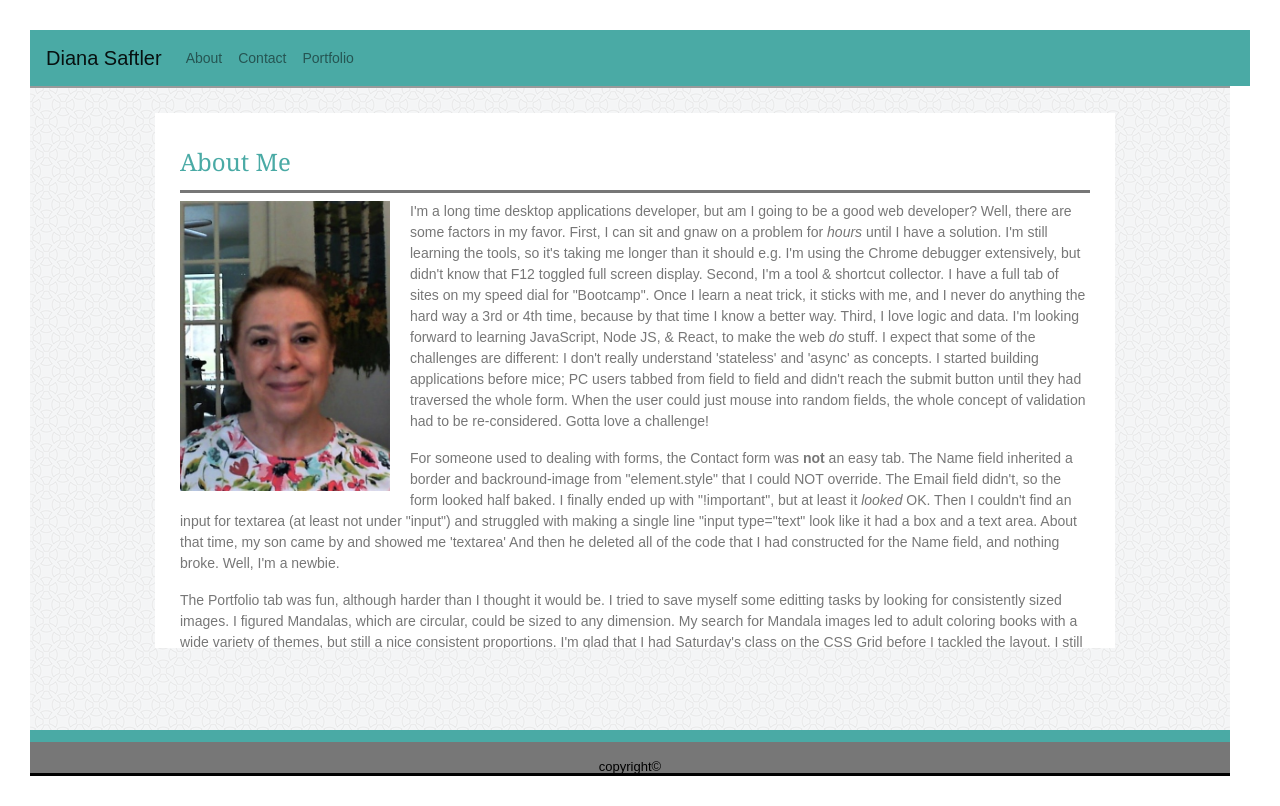
Repository: dsaftler/Bootstrap-Portfolio
Page: index.html
The author's editor kept a copy of each file at every save. The page is drawn from the files as they stood at one save, then again after the next save.
The browser window is 1280 px wide. The pictures show the whole page.
An inner scrolling area shows only its first screen.

Above is the page before, as saved 2019-03-20 17:35:34.

After the next save:
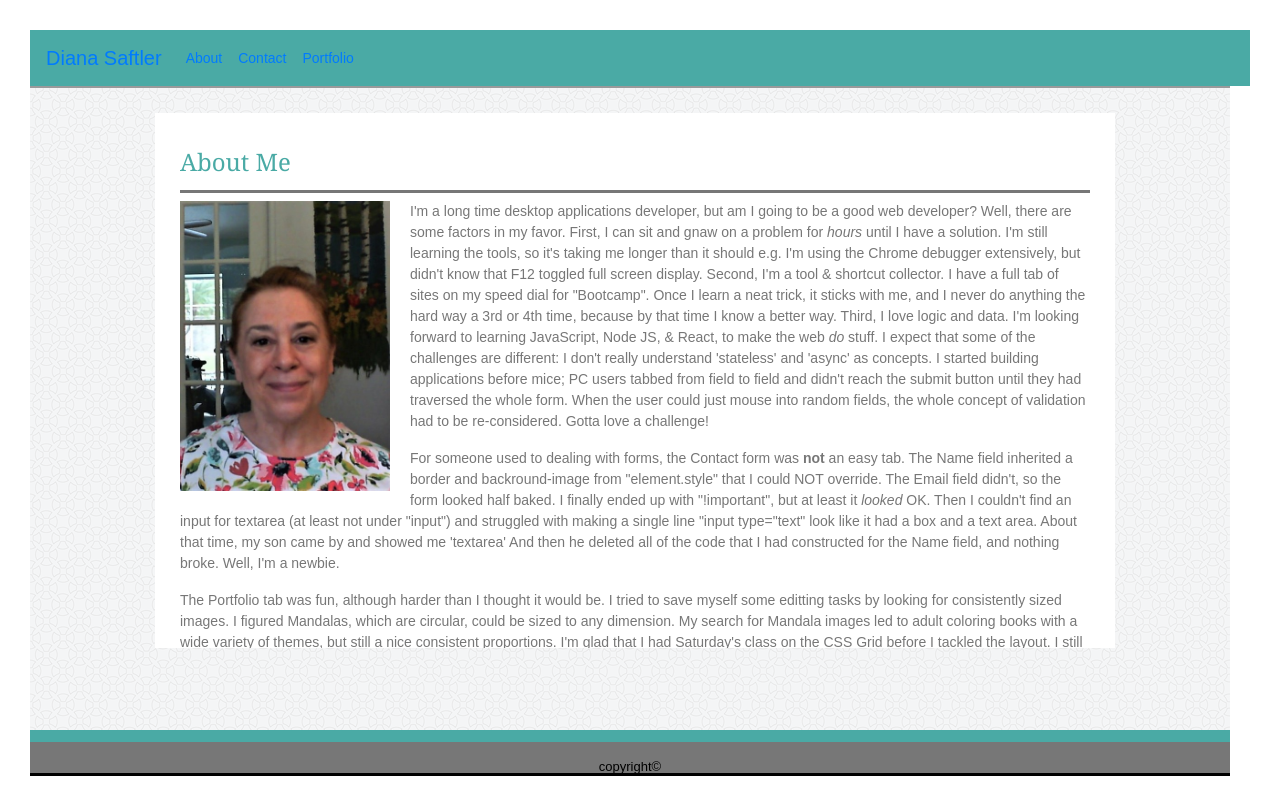
Saved 16 s later.
--- a/index.html
+++ b/index.html
@@ -10,7 +10,7 @@
 </head>
 <body>
 
-  <nav class="navbar navbar-expand-lg navbar-light" style="background-color: #4aaaa5; color:rbga(255,255,255,.5)">
+  <nav class="navbar navbar-expand-lg" style="background-color: #4aaaa5; color:rbga(255,255,255,.5)">
     <a class="navbar-brand" href="#">Diana Saftler</a>
     <div class="collapse navbar-collapse" id="navbarNavAltMarkup">
       <div class="navbar-nav">
